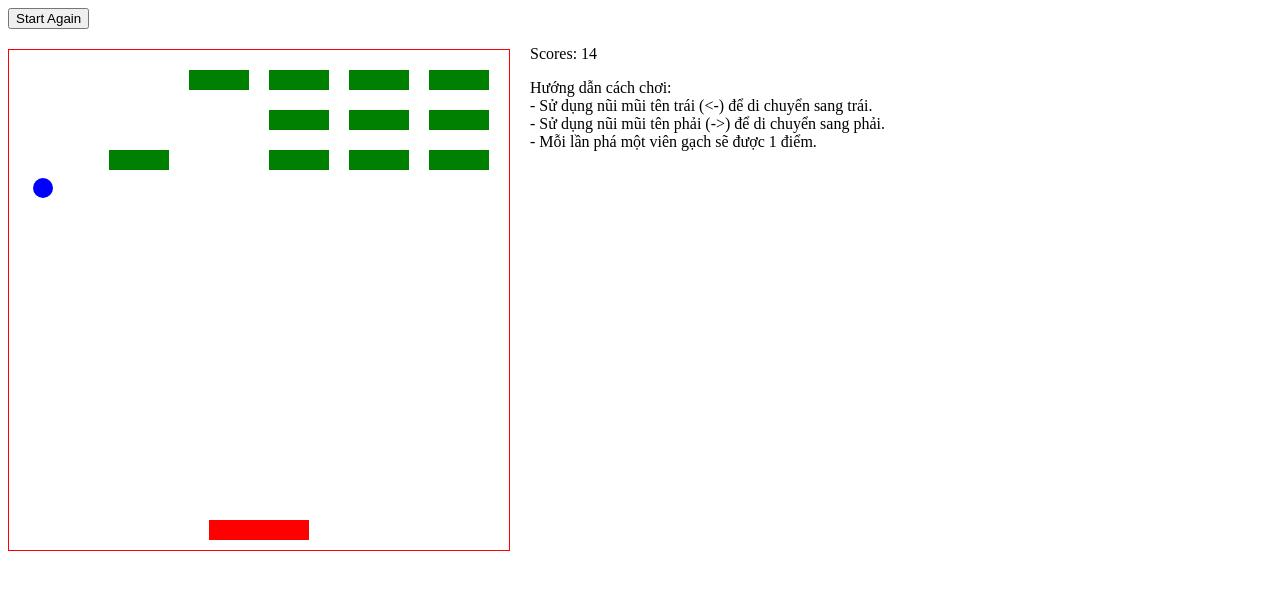
Repository: huynhsang96/CaseJS
Page: Demo_case/index.html
An editor plug-in stored every save of this project. The page is shown before and after the next save, followed by the edit.
The browser window is 1280 px wide. The pictures show the whole page.
After loading, the first visible `button.btn-start` was clicked once.

Above is the page before, as saved 2022-02-20 21:46:03.

### Demo_case/index.html
<!DOCTYPE html>
<html lang="en">
<head>
    <meta charset="UTF-8">
    <meta http-equiv="X-UA-Compatible" content="IE=edge">
    <meta name="viewport" content="width=device-width, initial-scale=1.0">
    <title>Document</title>
    <style>
        /* *{
            font-family:  'Fira Code', 'roboto';
        } */
        canvas{
            margin-top: 20px;

        }

        .container{
            display: flex;
        }

        .container-des{
            margin-left: 20px;
        }
    </style>
</head>
<body>
    <div class="btn">
        <button class="btn-start">Start Again</button>
    </div>
    <div class="container">
        <div class="container-canvas">
            <canvas id="myCanvas" width="500" height="500" style="border:1px solid red;">
        </div>
        <div class="container-des">
            <p>Scores: <span class="scores">0</span></p>
            <p>
                Hướng dẫn cách chơi:
                <br>
                - Sử dụng nũi mũi tên trái <span style="font-family: 'Fira code';">(<-)</span> để di chuyển sang trái.
                <br>
                - Sử dụng nũi mũi tên phải <span style="font-family: 'Fira code';">(->)</span> để di chuyển sang phải.
                <br>
                - Mỗi lần phá một viên gạch sẽ được 1 điểm.
            </p>
        </div>
    </div>


    <script src="./ball.js"></script>
    <script src="./bar.js"></script>
    <script src="./brick.js"></script>
    <script src="./main.js"></script>

    <script>

    </script>
</body>
</html>

### Demo_case/ball.js
class Ball{
    constructor(x, y, radius, color){
        let speed = [3,-3,4,-4];
        this.x = x;
        this.y = y;
        this.radius = radius;
        this.color = color;
        this.speedX = speed[Math.floor(Math.random()*speed.length)];
        this.speedY = speed[Math.floor(Math.random()*speed.length)];
        this.canvas = document.getElementById("myCanvas");
        this.ctx = this.canvas.getContext('2d');
        this.isGameOver = false;
    }



    draw(){
        this.ctx.beginPath();
        this.ctx.arc(this.x, this.y, this.radius, 0, Math.PI * 2);
        this.ctx.fillStyle = this.color;
        this.ctx.fill();
        this.ctx.closePath();
    }

    updateBall(){
        this.x += this.speedX;
        this.y += this.speedY;
    }

    ballColiision(){
        if(this.x + this.radius > this.canvas.width || this.x < this.radius){
            this.speedX = -this.speedX;
        }
        if(this.y < this.radius){
            this.speedY = -this.speedY
        }
    }

    checkGame(){
        if(this.y + this.radius > this.canvas.height){
            this.isGameOver = true;
        }
    }

    move(){
        this.ctx.clearRect(0,0,this.canvas.width,this.canvas.height); // xóa canvas
        this.draw();
    }
}

### Demo_case/bar.js
class Bar{
    constructor(width, height, color){
        this.width = width;
        this.height = height;
        this.x = 200;
        this.y = 470;
        this.color = color;
        this.speed = 5;
        this.isMovingLeft = false;
        this.isMovingRight = false;
        this.canvas = document.getElementById("myCanvas");
        this.ctx = this.canvas.getContext('2d');
    }

    drawBar(){
        this.ctx.beginPath();
        this.ctx.rect(this.x, this.y, this.width, this.height);
        this.ctx.fillStyle = this.color;
        this.ctx.fill();
        this.ctx.closePath();
    }


    moveBar(){
        if(this.isMovingLeft && this.x > 0){
            this.x -= this.speed;
        }
        if(this.isMovingRight && this.x < this.canvas.width - this.width){
                this.x += this.speed;
            }
        }
}

### Demo_case/brick.js
class  Brick{
    constructor(){

        this.offsetX = 20;
        this.offsetY = 20;
        this.margin = 20;
        this.width = 60;
        this.height = 20;
        this.totalRow = 3;
        this.totalColum = 6;
        this.brickList = []
        this.isEndGame = false;
        this.canvas = document.getElementById("myCanvas");
        this.ctx = this.canvas.getContext('2d');
    }


    drawBrick(){
        this.brickList.forEach(element => {
            if(!element.isbroken){
                this.ctx.beginPath();
                this.ctx.rect(
                    element.x,
                    element.y,
                    this.width,
                    this.height,
                );
                this.ctx.fillStyle = "green";
                this.ctx.fill();
                this.ctx.closePath();
            }
        })
    }

    checkEndGame(){
        this.isEndGame = this.brickList.every(element =>{
            return element.isbroken == true;
        })
    }
}

### Demo_case/main.js
let ball = new Ball(250,150,10,"blue");
let bar = new Bar(100,20,"red");
let bricks = new Brick();


// --------------------------Event Keyboard---------------------

document.addEventListener("keydown",function(e){
    if(e.keyCode === 37){
        bar.isMovingLeft = true;
    }
    if(e.keyCode === 39){
        bar.isMovingRight = true;
    }
})


document.addEventListener("keyup",function(e){
    if(e.keyCode === 37){
        bar.isMovingLeft = false;
    }
    if(e.keyCode === 39){
        bar.isMovingRight = false;
    }
})

// ----------------------------Bar----------------------------

function barCollision(){
    if(ball.x + ball.radius >= bar.x &&
        ball.y + ball.radius >= bar.y &&
        ball.x + ball.radius <= bar.x + bar.width){

        ball.speedY = -ball.speedY;
    }
}

// ----------------------------Bricks------------------------

// Tạo danh sách Bricks

function creatBricksList(){
    for(let i = 0; i < bricks.totalColum; i++){
        for(let j = 0; j < bricks.totalRow; j++){
            bricks.brickList.push({
                x: bricks.offsetX + i * (bricks.width + bricks.margin),
                y: bricks.offsetY + j * (bricks.height + bricks.margin),
                isbroken: false,
            })
        }
    }
}

creatBricksList()

// xử lý va chạm
let score = 0;
let scoreball = document.querySelector(".scores");
function BricksCollision(){
    bricks.brickList.forEach(function(element){
        if(!element.isbroken){
            if(ball.x >= element.x &&
                ball.x <= element.x + bricks.width &&
                ball.y + ball.radius >= element.y &&
                ball.y - ball.radius <= element.y + bricks.height){
                ball.speedY = -ball.speedY;
                element.isbroken = true;
                score += 1;
                scoreball.textContent = `${score}`;
            }
        }
    })
}

function play(){
    ball.checkGame();
    bricks.checkEndGame();

    if(!ball.isGameOver && !bricks.isEndGame){
        ball.move();
        ball.updateBall();
        ball.ballColiision();

        bar.drawBar();
        bar.moveBar();
        barCollision();

        bricks.drawBrick();
        BricksCollision();

        requestAnimationFrame(play); // Giống đệ quy
    }else{
        // alert("End Game!");
    }
}

play()

let reStart = document.querySelector(".btn-start");
// console.log(reStart);

reStart.onclick = function(e){
    ball = new Ball(250,150,10,"blue");
    creatBricksList()
    play()
}

After the next save:
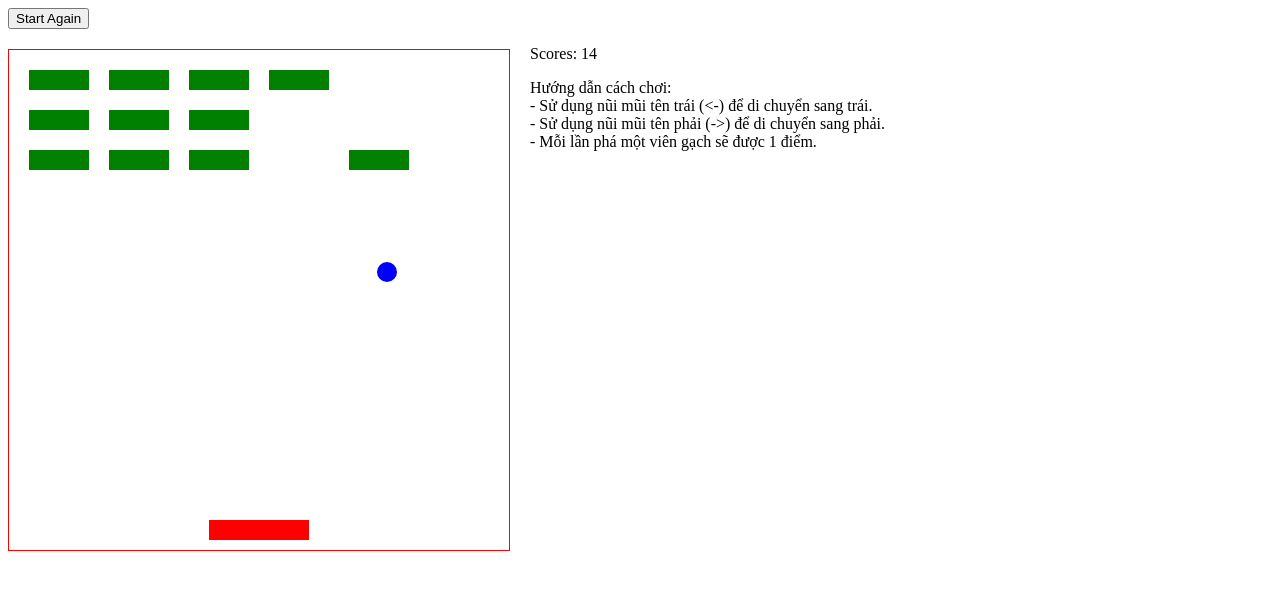
Saved 89 s later.
--- a/Demo_case/main.js
+++ b/Demo_case/main.js
@@ -97,10 +97,13 @@ function play(){
 play()
 
 let reStart = document.querySelector(".btn-start");
-// console.log(reStart);
 
-reStart.onclick = function(e){
+function startGameAgain(){
     ball = new Ball(250,150,10,"blue");
     creatBricksList()
     play()
 }
+
+reStart.onclick = function(e){
+    startGameAgain();
+}
